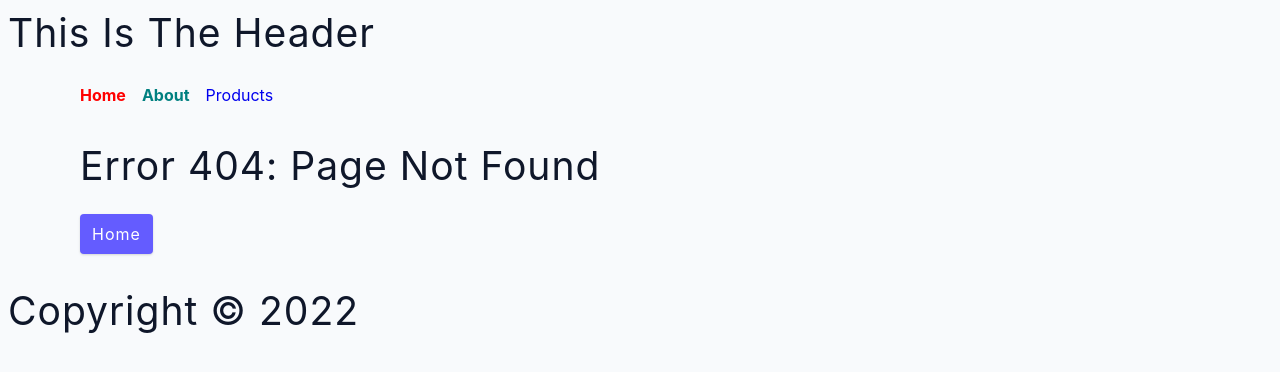
Repository: kennedyowusu/react-router-tutorial
Page: /login
The author's editor kept a copy of each file at every save. The page is drawn from the files as they stood at one save, then again after the next save.
The browser window is 1280 px wide. The pictures show the whole page.
The project was rebuilt for these pictures with package versions that can differ from the ones it lists, and the page was loaded fresh each time. Also part of the build but not shown: src/pages/About.js, src/pages/Products.js, src/pages/Home.js, src/components/Navbar.js.

Above is the page before, as saved 2022-12-27 16:35:16.

### src/App.js
import { BrowserRouter, Routes, Route } from "react-router-dom";
import About from "./pages/About";
import Products from "./pages/Products";
import Home from "./pages/Home";
import Error from "./pages/Error";
import SharedLayout from "./pages/SharedLayout";

function App() {
  return (
    <BrowserRouter>
      <Routes>

        <Route path="/" element={<SharedLayout />}>
          <Route index element={<Home />} />
          <Route path="about" element={<About />} />
          <Route path="products" element={<Products />} />
          <Route path="*" element={<Error />} />
        </Route>

      </Routes>
    </BrowserRouter>
  );
}

export default App;

### src/pages/Error.js
import { Link } from 'react-router-dom';
const Error = () => {
  return (
    <section className='section'>
      <h2>
        Error 404: Page not found
      </h2>
      <Link to='/' className='btn'> Home </Link>
    </section>
  );
};
export default Error;

### src/pages/SharedLayout.js
import { Outlet } from 'react-router-dom';
import Header from '../components/Header';
import Navbar from '../components/Navbar';
import Footer from '../components/Footer';
import StyledNavbar from '../components/StyledNavbar';

const SharedLayout = () => {
  return (
    <>
      <Header />
      <StyledNavbar />
        <Outlet />
      <Footer />
    </>
  )
}

export default SharedLayout

### src/components/Header.js
import React from 'react'

const Header = () => {
  return (
    <header>
      <h2>This is the header</h2>
    </header>
  )
}

export default Header

### src/components/Footer.js
import React from 'react'

const Footer = () => {
  return (
    <footer>
     <h2>
      Copyright &copy; 2022
      </h2>
    </footer>
  )
}

export default Footer

### src/components/StyledNavbar.js
import React from 'react'
import { NavLink } from 'react-router-dom'

const StyledNavbar = () => {
  return (
    <nav className='navbar'>
    <NavLink to='/' style={(isActive) => {
      return {
        color: isActive ? 'red' : 'black',
        fontWeight: isActive ? 'bold' : 'normal',
      }
    }}>Home</NavLink>

     <NavLink to='/about' style={(isActive) => {
      return {
        color: isActive ? 'teal' : 'black',
        fontWeight: isActive ? 'bold' : 'normal',
      }
     }}>About</NavLink>
     <NavLink to='/products'>Products</NavLink>
    </nav>
  )
}

export default StyledNavbar

Loaded but not shown: public/index.html (common file); src/index.js (common file); src/index.css (common file)

After the next save:
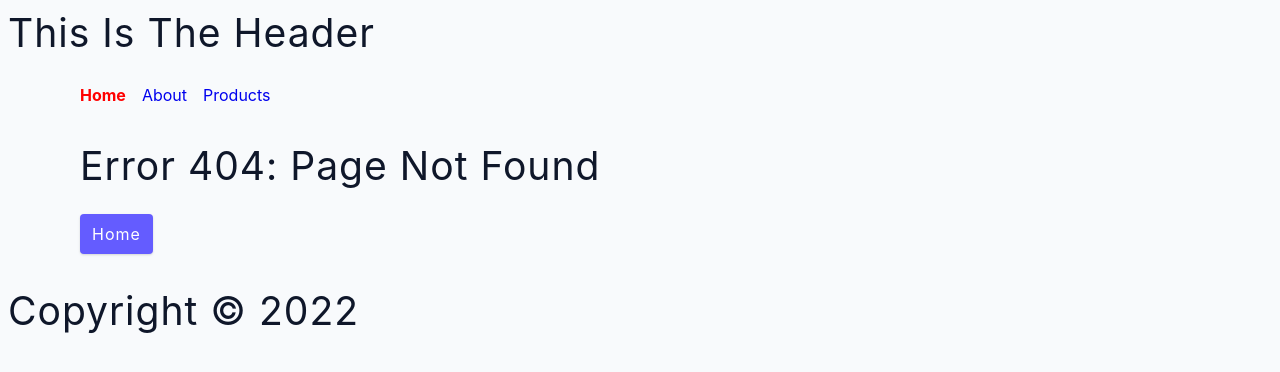
Saved 84 s later.
--- a/src/components/StyledNavbar.js
+++ b/src/components/StyledNavbar.js
@@ -11,12 +11,7 @@ const StyledNavbar = () => {
       }
     }}>Home</NavLink>
 
-     <NavLink to='/about' style={(isActive) => {
-      return {
-        color: isActive ? 'teal' : 'black',
-        fontWeight: isActive ? 'bold' : 'normal',
-      }
-     }}>About</NavLink>
+     <NavLink to='/about' >About</NavLink>
      <NavLink to='/products'>Products</NavLink>
     </nav>
   )
